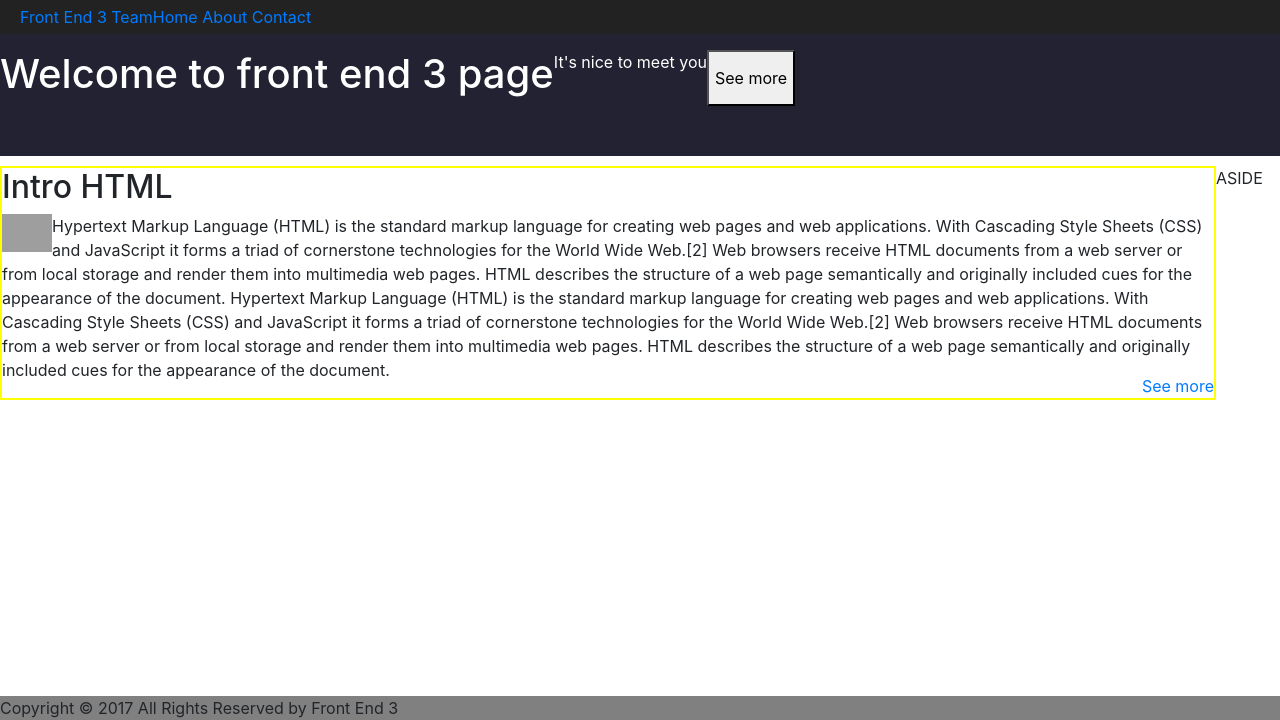
Repository: Toni95/workspace
Page: curs23-ResponsiveWebDesignBootstrap/index.html
The author's editor kept a record of every edit. The page is drawn from the files as they stood at one moment, then again after the next edit.
The browser window is 1280 px wide. The pictures show the whole page.
Pictures or frames that could not be fetched are drawn as grey boxes.

Above is the page before.

### curs23-ResponsiveWebDesignBootstrap/index.html
<!DOCTYPE html>
<html lang="en">
<head>
    <title>Responsive Layout</title>
    <meta name="viewport" content="width=device-width, initial-scale=1" />
    <link rel="stylesheet" href="https://maxcdn.bootstrapcdn.com/bootstrap/4.0.0/css/bootstrap.min.css" integrity="sha384-Gn5384xqQ1aoWXA+058RXPxPg6fy4IWvTNh0E263XmFcJlSAwiGgFAW/dAiS6JXm" crossorigin="anonymous">
    <link rel="stylesheet" href="css/style.css" type="text/css"/>
</head>
<body class="container-fluid">
    <nav class="row">
        <a href="#">Front End 3 Team</a>
        <div class="pull-right">
            <a href="index.html">Home</a>
            <a href="">About</a>
            <a href="">Contact</a>
        </div>
    </nav>
    <header class="row">
        <h1>Welcome to front end 3 page</h1>
        <p>It's nice to meet you</p>
        <button>See more</button>
    </header>
    <main class="row">
        <section class="pull-left">
            <article>
                <h2>Intro HTML</h2>

                <div class="clearfix">
                    <img alt="Intro HTML" class="pull-left" width="50" src="https://encrypted-tbn0.gstatic.com/images?q=tbn:ANd9GcRDqO_EcroliCp2gh_hH_P6Bk6E948LqlWFlrMqzK-3BAdFOb4xXw"></img>
                    <p>
                        Hypertext Markup Language (HTML) is the standard markup language for creating web pages and web applications. With Cascading Style Sheets (CSS) and JavaScript it forms a triad of cornerstone technologies for the World Wide Web.[2] Web browsers receive HTML documents from a web server or from local storage and render them into multimedia web pages. HTML describes the structure of a web page semantically and originally included cues for the appearance of the document. Hypertext Markup Language (HTML) is the standard markup language for creating web pages and web applications. With Cascading Style Sheets (CSS) and JavaScript it forms a triad of cornerstone technologies for the World Wide Web.[2] Web browsers receive HTML documents from a web server or from local storage and render them into multimedia web pages. HTML describes the structure of a web page semantically and originally included cues for the appearance of the document.
                    </p>
                <!--clearfix-->
                </div>

                <a href="">See more</a>
                <!--::after-->
            </article>

        </section>
        <aside class="pull-left">ASIDE</aside>
    </main>
    <footer class="row">Copyright &copy; 2017 All Rights Reserved by Front End 3</footer>
</body>
</html>

### curs23-ResponsiveWebDesignBootstrap/css/style.css
* {
    margin: 0;
    box-sizing: border-box;
}
html {
    position: relative;
    min-height: 100%;
}
body {
    margin-bottom: 50px;
}
.pull-left {
    float: left;
}
.pull-right {
    float: right
}
.clearfix::after{
    clear: both;
    display: block;
    content: ' ';
}

nav {
    background-color: #222;
    padding: 5px 20px;
    position: fixed;
    z-index: 1;
    width: 100%;
}
header {
    background-color: #223;
    text-align: center;
    padding-top: 50px;
    padding-bottom: 50px;
    color: white;
    margin: 0 -15px;
}
main {
    /*width: 960px;*/
    width: auto;
    margin: 10px auto;
}
section {
    /*width: 600px;*/
    width: auto;
}

@media (min-width: 768px) {
    section {
        width: 70%;
    }
}

@media (min-width: 1024px) {
    section {
        width: 95%;
    }
}


article {
    border: solid 2px yellow;
    position: relative;
}

article a {
    position: absolute;
    right: 0;
    bottom: 0;
}

@media (min-width: 768px) {
    aside {
        width: 30%;
    }
}

@media (min-width: 1024px) {
    aside {
        width: 5%;
    }
}

footer {
    position: absolute;
    bottom: 0;
    background-color: gray;
    width: 100%;
}

After the next edit:
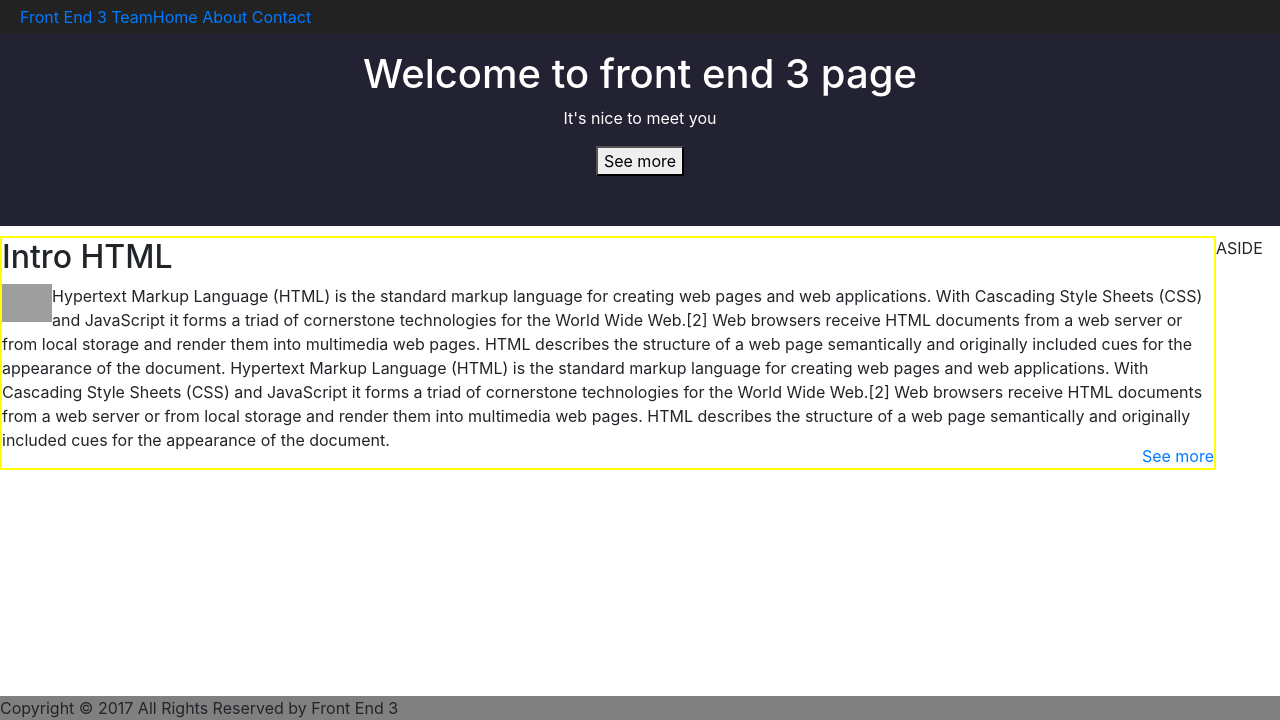
The edit:
--- a/curs23-ResponsiveWebDesignBootstrap/index.html
+++ b/curs23-ResponsiveWebDesignBootstrap/index.html
@@ -15,7 +15,7 @@
             <a href="">Contact</a>
         </div>
     </nav>
-    <header class="row">
+    <header>
         <h1>Welcome to front end 3 page</h1>
         <p>It's nice to meet you</p>
         <button>See more</button>
